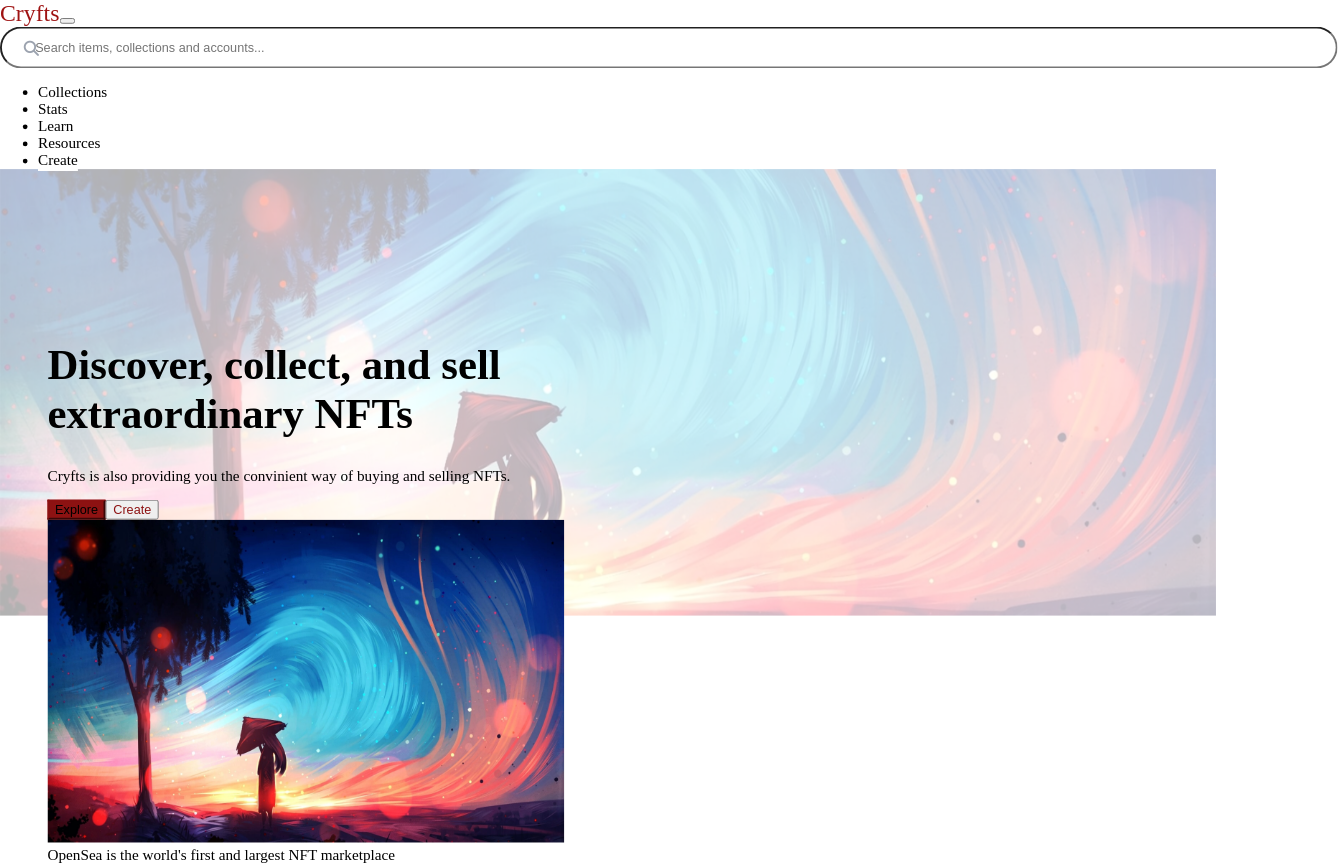
Repository: Huzaifa-2609/opensea_project
Page: /
These files come from the project's save history. The page is drawn as it stood at one moment and after the next save; the edit follows.
The browser window is 1280 px wide. The page is 1408 px wide, so the pictures cover 1408 px, including what lies to the right of the window. The pictures show the whole page, at 95% of full size.
Some web libraries are served in a nearby version. The project was rebuilt for these pictures with package versions that can differ from the ones it lists, and the page was loaded fresh each time. The framework's server and built-in components were replaced by stand-ins that run in the browser. Also part of the build but not shown: next.config.js, styles/Home.module.css.

Above is the page before, as saved 2022-07-11 21:28:45.

### pages/_app.js
import Navbar from '../components/Navbar'
import '../styles/globals.css'
import Head from "next/head"
import Script from 'next/script'
import "../styles/hero.css"
// import Vnavbar from '../components/Vnavbar'
function MyApp({ Component, pageProps }) {
  return(
    <>
    <Script src="https://kit.fontawesome.com/30bda3e318.js" crossorigin="anonymous"></Script>
    <Script src="https://cdn.jsdelivr.net/npm/bootstrap@5.2.0-beta1/dist/js/bootstrap.bundle.min.js" integrity="sha384-pprn3073KE6tl6bjs2QrFaJGz5/SUsLqktiwsUTF55Jfv3qYSDhgCecCxMW52nD2" crossOrigin="anonymous"></Script>
    <Navbar title={"Cryfts"}/>
    {/* <Vnavbar title={"Cryfts"}/> */}
  <Component {...pageProps} />
  </>
  )
}

export default MyApp

### pages/_document.js
import { Html, Head, Main, NextScript } from 'next/document'

export default function Document() {
  return (
    <Html>
      <Head>
      <link href="https://cdn.jsdelivr.net/npm/bootstrap@5.2.0-beta1/dist/css/bootstrap.min.css" rel="stylesheet" integrity="sha384-0evHe/X+R7YkIZDRvuzKMRqM+OrBnVFBL6DOitfPri4tjfHxaWutUpFmBp4vmVor" crossOrigin="anonymous"/>
      </Head>
      <body>
        <Main />
        <NextScript />
      </body>
    </Html>
  )
}

### pages/index.js
import Head from 'next/head'
import Image from 'next/image'
import Hero from '../components/Hero'
import styles from '../styles/Home.module.css'

export default function Home() {
  return (
    <>
    <div>
      <Head>
        <title>Create Next App</title>
        <meta name="description" content="Generated by create next app" />
        <link rel="icon" href="/favicon.ico" />
      </Head>
         </div>
      <Hero/>
      </>
  )
}

### components/Navbar.js
import React from 'react'
import Link from 'next/link'
import { useRouter } from 'next/router'
const Navbar = (props) => {
  const location=useRouter();
  return (
    <div>
      <nav className="navbar shadow-sm fixed-top navbar-expand-lg navbar-light">
  <div className="container-fluid">
    <a className="navbar-brand text-color fw-bolder ml-2" href="/">{props.title}</a>
    <button className="navbar-toggler" type="button" data-bs-toggle="collapse" data-bs-target="#navbarSupportedContent" aria-controls="navbarSupportedContent" aria-expanded="false" aria-label="Toggle navigation">
      <span className="navbar-toggler-icon"></span>
    </button>

    <div className="collapse navbar-collapse" style={{width:"50%"}} id="navbarSupportedContent">

            <div className="row height d-flex justify-content-center align-items-center">

                <div className="form">
                  <i className="fa fa-search"></i>
                  <input type="text" className="form-control form-input" placeholder="Search items, collections and accounts..."/>
                </div>

            </div>


      <ul className="navbar-nav gap-4 m-auto mb-2 mb-lg-0 fw-bold" style={location.pathname==="/signup"?{visibility:"hidden"}:{}}>
      <li className="nav-item">
          <Link href="/collections/0x7132e1d414161A232c2027aE6C66D7914649bA66"><a className="nav-link " aria-current="page" >Collections</a></Link>
        </li>
        <li className="nav-item">
          <Link href="/"><a className="nav-link" aria-current="page" >Stats</a></Link>
        </li>
        <li className="nav-item">
          <Link href="/"><a className="nav-link " >Learn</a></Link>
        </li>

        <li className="nav-item dropdown">
          <Link href="/"><a className="nav-link dropdown-toggle pe-none"  id="navbarDropdown" role="button" data-bs-toggle="dropdown" aria-expanded="false">
            Resources
          </a></Link>
          <ul className="dropdown-menu" aria-labelledby="navbarDropdown">
            <li><Link href="/"><a className="dropdown-item" >Action</a></Link></li>
            <li><Link href="/"><a className="dropdown-item" >Another action</a></Link></li>
            <li><hr className="dropdown-divider"/></li>
            <li><Link href="/"><a className="dropdown-item" >Something else here</a></Link></li>
          </ul>
        </li>
        <li className="nav-item">
          <Link  href="/"><a className="nav-link">Create</a></Link>
        </li>
      </ul >
      {/* <form className="d-flex" role="search">
        <ul className="navbar-nav gap-3 media" style={location.pathname==="/signup"?{display:"none"}:{}}>
      <li className="nav-item float-right">
          <Link href="/login"><a className="nav-link"  >Sign in</a></Link>
    </li>
      <li className="nav-item mx-2">
    <Link href='/signup'><a className="btn btn1 btn-primary bd-color bg-color"  style={location.pathname==="/signup"?{display:"none"}:{}} type="submit">Get Started</a></Link>
    </li>
        </ul>
      </form> */}
    </div>
  </div>
</nav>
    </div>
  )
}

export default Navbar

### styles/globals.css
:root {
  --light: #9f1313;
  --dark: #8d1212;
}
html,
body {
  padding: 0;
  margin: 0;
  /* font-family: -apple-system, BlinkMacSystemFont, Segoe UI, Roboto, Oxygen,
    Ubuntu, Cantarell, Fira Sans, Droid Sans, Helvetica Neue, sans-serif; */
}

a {
  color: inherit;
  text-decoration: none;
}

* {
  box-sizing: border-box;
}
@media all and (min-width: 992px) {
  .navbar .nav-item .dropdown-menu{ display: none; }
  .navbar .nav-item .nav-link{ border-bottom:3px solid white;  }
  .navbar .nav-item:hover .nav-link{ border-bottom:3px solid var(--light);  }
  .navbar .nav-item:hover .dropdown-menu{ display: block; }
  .navbar .nav-item .dropdown-menu{ margin-top:0; }


}
@media all and (max-width: 992px){
  .pic{display: none;}
  .signup-cls{   margin-top: 15% !important;}
  .signin-cls .card{border:none; box-shadow: none !important;}
  .media{display: none;}
  .empass{flex-direction: column ;}
}

nav {
  /* border-bottom:1px solid #ede4e4; */
  background-color: white;
}
.comp1{
  width: 22rem;
  border: none;

}
.comp{
  margin: 90px 0px;
}
.text-color{
  color: var(--dark);
}
.bg-color{
  background-color: var(--dark);
}
.btn1:hover{
  background-color: var(--light);
  border-color: var(--dark);

}
.bd-color{
  border-color: var(--dark);
}
.navbar-light .navbar-brand{
  color: var(--dark);
}
.navbar-light .navbar-brand:hover{
  color: var(--light);
}
.navbar-brand{
  font-size: 25px;
}
.link-hover :hover{
  color: var(--dark);
}
.form-check-label-color{
  color: var(--dark);
}
.form-outline{
  width: 75%!important;
}
.form-control:focus {
  border-color: #ced4da;
  box-shadow: none!important;
}

/* Navbar search css */
.form{
  position: relative;

}

.form .fa-search{

  position: absolute;
  top:15px;
  left: 25px;
  color: #9ca3af;

}

.form span{

  position: absolute;
  right: 17px;
  top: 13px;
  padding: 2px;
  border-left: 1px solid #d1d5db;

}

.left-pan{
  padding-left: 7px;
}

.left-pan i{

 padding-left: 10px;
}

.form-input{
  width: 220%;
  height: 44px;
  text-indent: 33px;
  border-radius: 40px;
}

.form-input:focus{

  box-shadow: none;
  border:none;
}

### styles/hero.css
/* .body{
} */
/* .bg{
    background: url("../public/nftbg.jpg") no-repeat center center/cover;
} */
.bg::before{
    content: "";
    background:url("../public/nftbg.jpg") no-repeat center center/cover;
    position: absolute;
    height:90%;
    width:100%;
    z-index: -1;
    opacity: 0.3;
    top: 0px;
    left: 0px;
}

### components/Hero.js
import React from "react";
import Image from "next/image";
import img from "../public/nftbg.jpg";

const Hero = () => {
  const style = {
    marginTop: "100px",
    height: "70vh",
    padding: "50px",
  };
  return (
    <>
      <div
        className=" d-flex justify-content-between bg align-items-center "
        style={style}
      >
        <div
          className="card mb-3 border-0 bg-transparent"
          style={{ width: "34rem" }}
        >
          <div className="card-body">
            <h1 className="card-title " style={{ fontSize: "45px" }}>
              Discover, collect, and sell extraordinary NFTs
            </h1>
            <p className="card-subtitle text-muted mt-3 fs-3">
              Cryfts is also providing you the convinient way of buying and selling NFTs.
            </p>
          </div>
          <div className="d-flex gap-4 m-2">
          <button type="button" className="btn btn-primary bd-color bg-color btn1 btn-lg fs1 w-25 py-2">
            Explore
          </button>
          <button type="button" className="btn btn-light border-1 shadow-sm btn-lg text-color fs1 w-25 py-2">
            Create
          </button>
          </div>
        </div>
        <div className="card mb-3 border-0 " style={{ width: "34rem" }}>
          <Image
            src={img}
            className="card-img-top"
            alt="NFT image"
            style={{ height: "34rem" }}
          />
          <div className="card-body">
            {/* <h1 className="card-title">Discover, collect, and sell extraordinary NFTs</h1> */}
            <a className="text-muted fs-5" href="/">
            OpenSea is the world's first and largest NFT marketplace
            </a>
          </div>
        </div>
      </div>
    </>
  );
};

export default Hero;

After the next save:
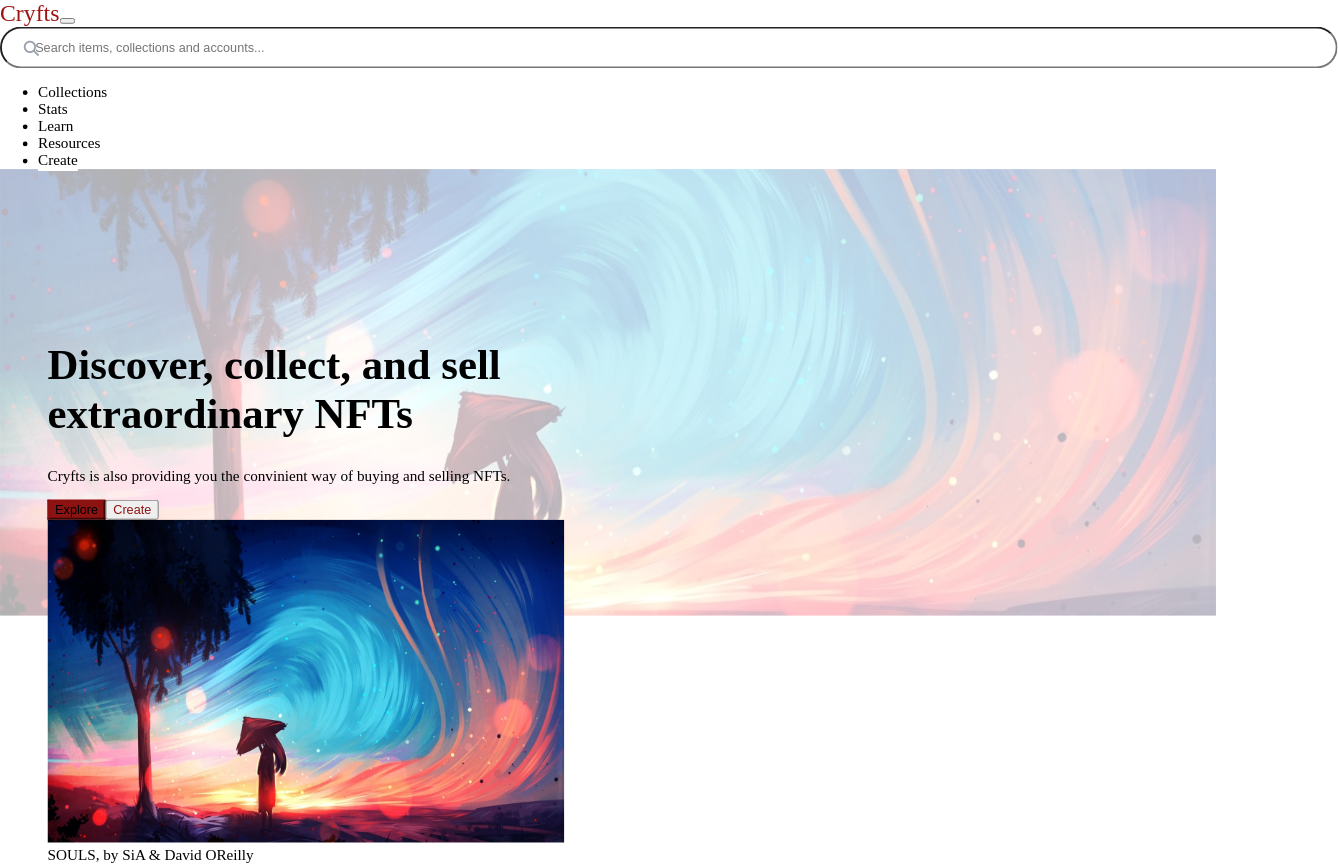
Saved 77 s later.
--- a/components/Hero.js
+++ b/components/Hero.js
@@ -45,7 +45,7 @@ const Hero = () => {
           <div className="card-body">
             {/* <h1 className="card-title">Discover, collect, and sell extraordinary NFTs</h1> */}
             <a className="text-muted fs-5" href="/">
-            OpenSea is the world's first and largest NFT marketplace
+            SOULS, by SiA & David OReilly
             </a>
           </div>
         </div>
